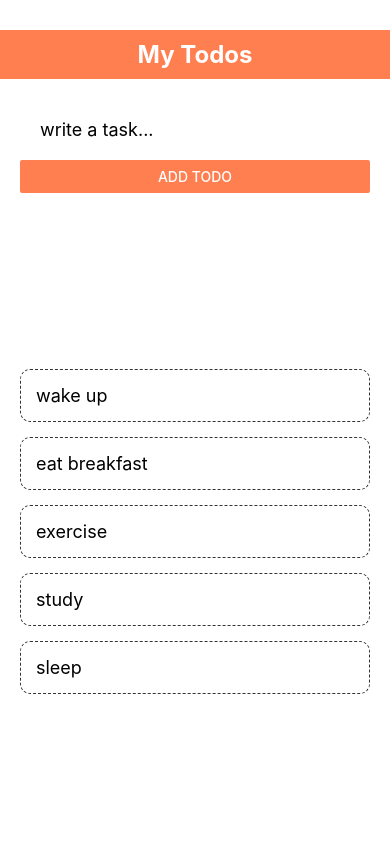
Repository: shiv0403/React-native-tutorial
Screen: /
An editor plug-in stored every save of this project. The screen is shown before and after a run of saves, followed by the edit.
The app was drawn by React Native's web renderer in a window 390 px wide. The project was rebuilt for these pictures with package versions that can differ from the ones it lists, and the page was loaded fresh each time. Also part of the build but not shown: components/Flex.js.

Above is the screen before, as saved 2021-02-11 14:44:49.

After the next 2 saves:
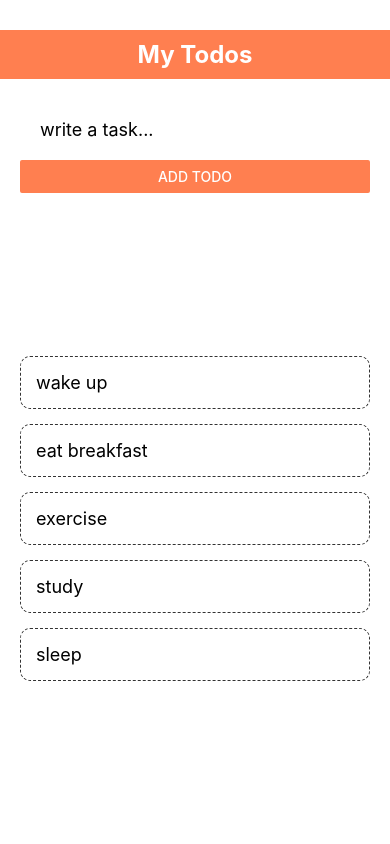
The 2 saves are shown as one change because they came seconds apart.
The last was saved 31 s later.
--- a/App.js
+++ b/App.js
@@ -75,6 +75,7 @@ const styles = StyleSheet.create({
   },
   list: {
     margin: 20,
+    marginTop: 0,
     flex: 1,
   },
 });
